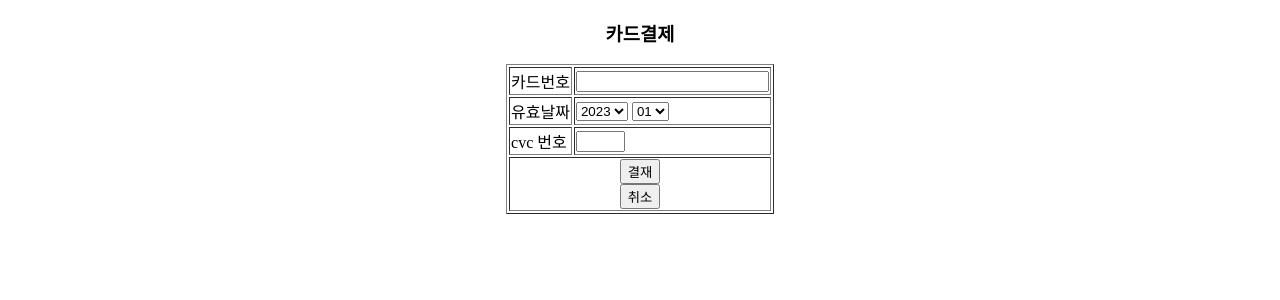
Repository: Juseong-Bang/jspWebProject
Page: http://localhost/FilmBooking/card.jsp
These files come from the project's save history. The page is drawn as it stood at one moment and after the next save; the edit follows.
The browser window is 1280 px wide. The pictures show the whole page.
The page is served by Tomcat 9.

Above is the page before, as saved 2017-12-02 08:49:47.

After the next save:
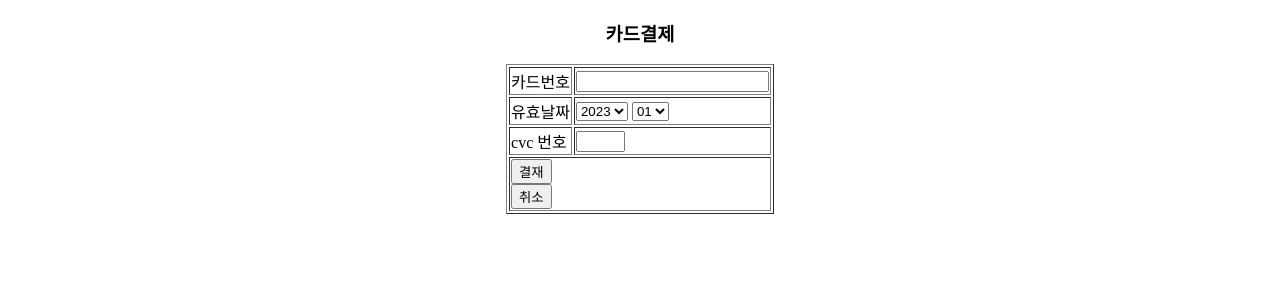
Saved 17 s later.
--- a/FilmBooking/WebContent/card.jsp
+++ b/FilmBooking/WebContent/card.jsp
@@ -44,7 +44,7 @@
 				<td><input type="password" size=3 name=cvc /></td>
 			</tr>
 			<tr>
-				<td colspan=2 align="center" width=150>
+				<td colspan=2 width=150>
 					<form method="post" action="control.jsp">
 						<input type="submit" value="결재" /> <input type="hidden"
 							name="action" value="resv" /> <input type="hidden" name="oper"
